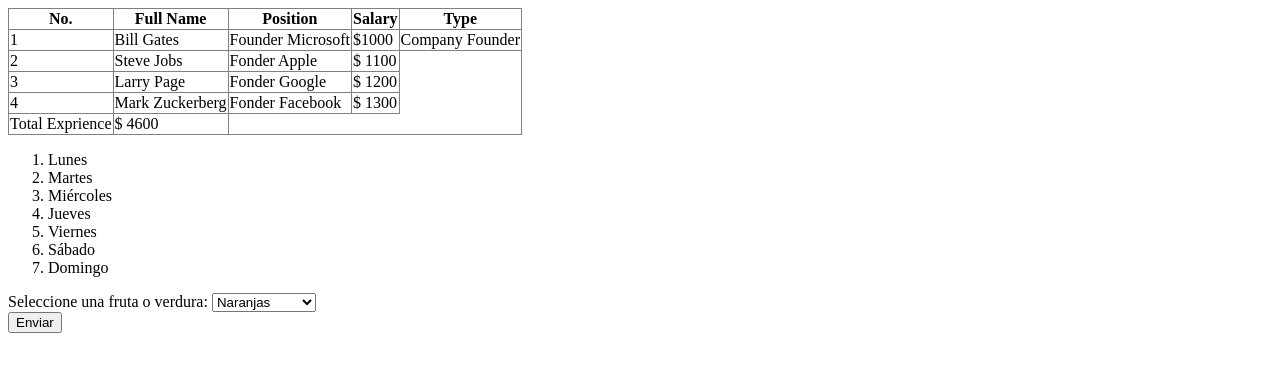
Repository: ScoggoDev/DesarrolloWeb
Page: tarea en equipo 1/tep1.html
An editor plug-in stored every save of this project. The page is shown before and after the next save, followed by the edit.
The browser window is 1280 px wide. The pictures show the whole page.

Above is the page before, as saved 2021-07-07 19:02:58.

### tarea en equipo 1/tep1.html
<!DOCTYPE html>
<html lang="es">
    <head>
        <meta charset="UTF-8">
        <meta http-equiv="X-UA-Compatible" content="IE=edge">
        <meta name="viewport" content="width=device-width, initial-scale=1.0">

        <title>Ejercicio en equipo</title>
    </head>

    <body>
        <table border= "1"; style= "border-collapse:collapse">
            <tbody>
                <tr>
                    <th>No.</th>
                    <th>Full Name</th>
                    <th>Position</th>
                    <th>Salary</th>
                    <th>Type</th>
                </tr>
                <tr>
                    <td>1</td>
                    <td>Bill Gates</td>
                    <td>Founder Microsoft</td>
                    <td>$1000</td>
                    <td>Company Founder <br></td>
                </tr>
                <tr>
                    <td>2</td>
                    <td>Steve Jobs</td>
                    <td>Fonder Apple</td>
                    <td>$ 1100</td>
                </tr>
                <tr>
                    <td>3</td>
                    <td>Larry Page</td>
                    <td>Fonder Google</td>
                    <td>$ 1200</td>
                </tr>
                <tr>
                    <td>4</td>
                    <td>Mark Zuckerberg</td>
                    <td>Fonder Facebook</td>
                    <td>$ 1300</td>
                </tr>
                <tr>
                    <td rowspan="2">Total Exprience</td>
                    <td>$ 4600</td>
                </tr>
            </tbody>
        </table>
        <ol>
            <li>Lunes</li>
            <li>Martes</li>
            <li>Miércoles</li>
            <li>Jueves</li>
            <li>Viernes</li>
            <li>Sábado</li>
            <li>Domingo</li>
        </ol>

        <label for="food">Seleccione una fruta o verdura:</label>
        <select name="food" id="food">
            <optgroup label="Frutas">
                <option>Naranjas</option>
                <option>Manzanas</option>
                <option>Frutlla</option>
                <option>Durazno</option>
            </optgroup>
            <optgroup label="Verduras">
                <option>Lechuga</option>
                <option>Acelga</option>
                <option>Zapallo</option>
                <option>Papas</option>
                <option>Batatas</option>
                <option>Zanahorias</option>
                <option>Rabanitos</option>
                <option>Calabazas</option>
            </optgroup>
        </select>
        <br>
        <button type="button">Enviar</button>
    </body>
</html>

After the next save:
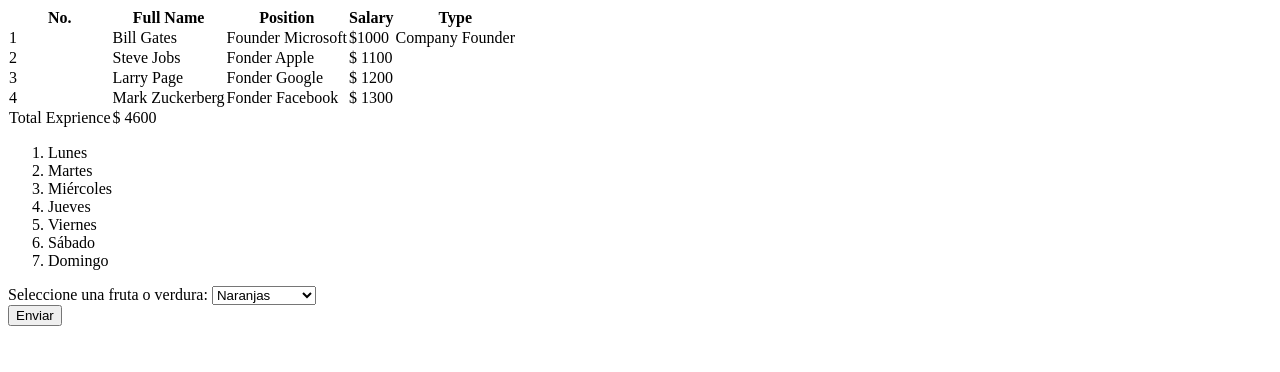
Saved 28 s later.
--- a/tarea en equipo 1/tep1.html
+++ b/tarea en equipo 1/tep1.html
@@ -9,7 +9,7 @@
     </head>
 
     <body>
-        <table border= "1"; style= "border-collapse:collapse">
+        <table style= "border-collapse:collapse">
             <tbody>
                 <tr>
                     <th>No.</th>

After the save that followed:
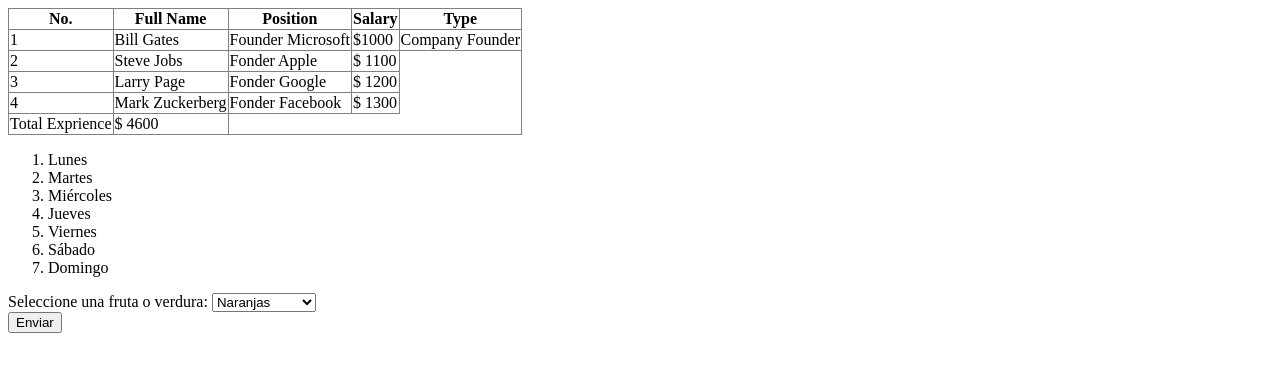
Saved 7 s later.
--- a/tarea en equipo 1/tep1.html
+++ b/tarea en equipo 1/tep1.html
@@ -9,7 +9,7 @@
     </head>
 
     <body>
-        <table style= "border-collapse:collapse">
+        <table border= "1"; style= "border-collapse:collapse">
             <tbody>
                 <tr>
                     <th>No.</th>
